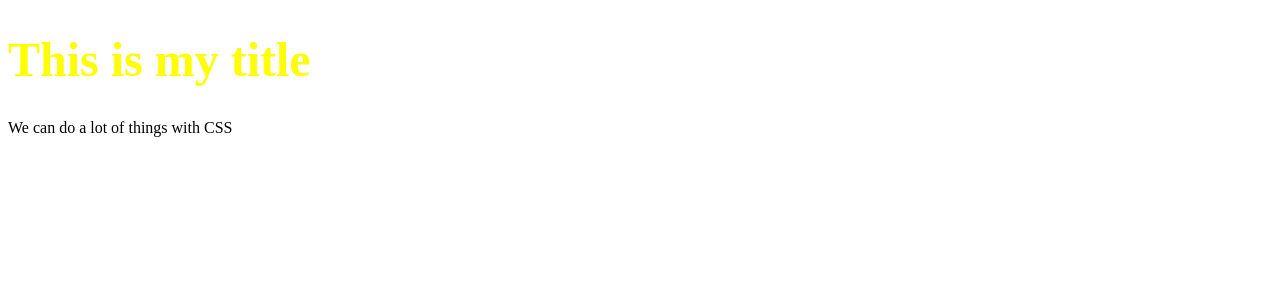
Repository: kchia/nycod14-class-demo
Page: index.html
The author's editor kept a record of every edit. The page is drawn from the files as they stood at one moment, then again after the next edit.
The browser window is 1280 px wide. The pictures show the whole page.

Above is the page before.

After the next edit:
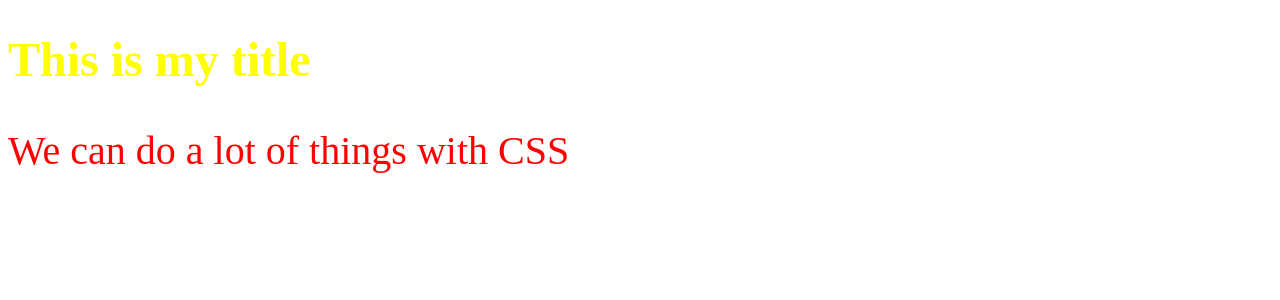
The edit:
--- a/index.html
+++ b/index.html
@@ -3,7 +3,10 @@
     <head>
         <title>Example Page</title>
         <style>
-
+            #paragraph {
+                font-size: 40px;
+                color: red;
+            }
         </style>
     </head>
     <body>
